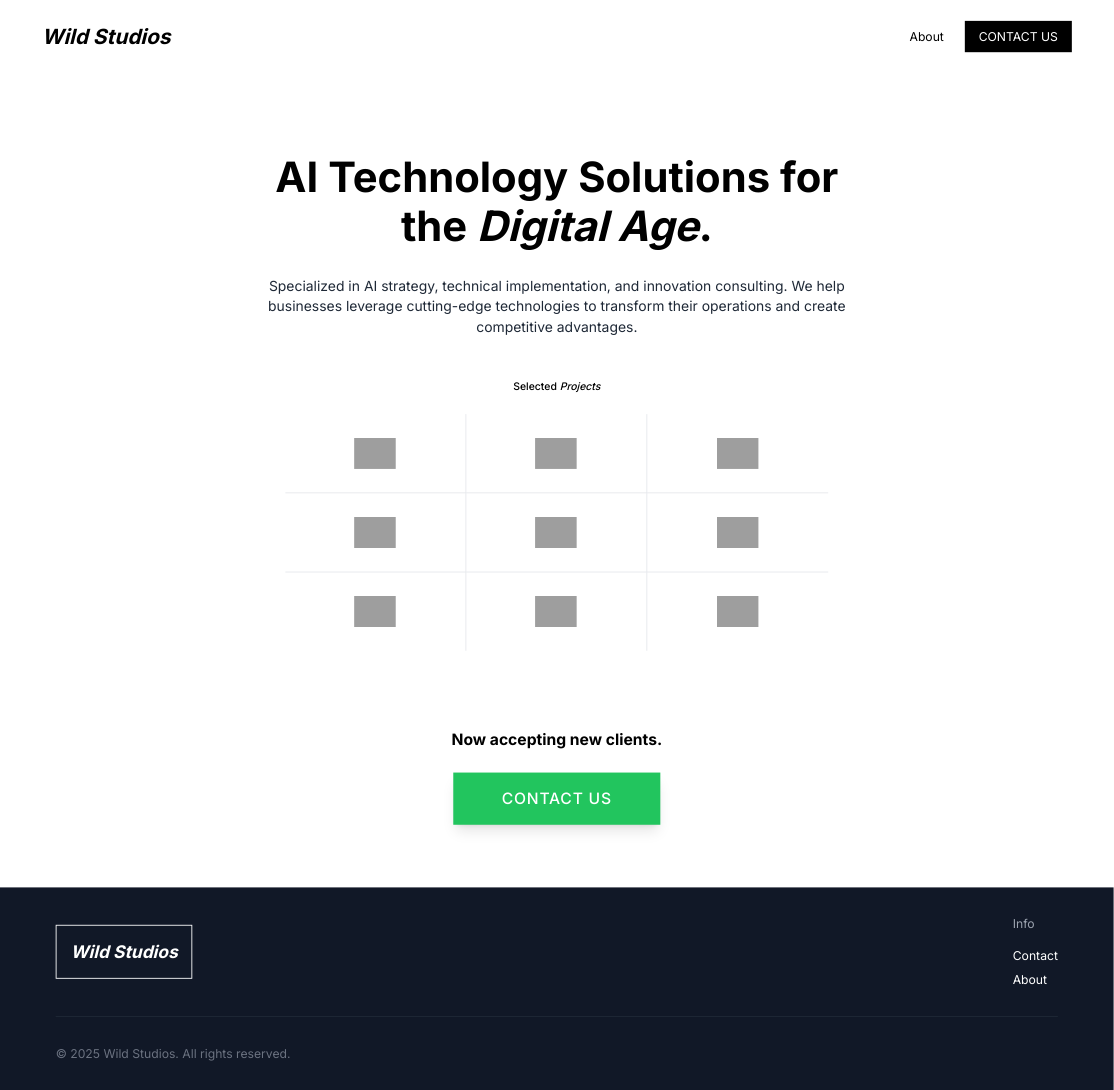
Repository: wpulier/wildstudio
Page: /
These files come from the project's save history. The page is drawn as it stood at one moment and after the next save; the edit follows.
The browser window is 1280 px wide. The pictures show the whole page, at 87% of full size.
Pictures or frames that could not be fetched are drawn as grey boxes. The project was rebuilt for these pictures with package versions that can differ from the ones it lists, and the page was loaded fresh each time. The framework's server and built-in components were replaced by stand-ins that run in the browser. Also part of the build but not shown: next.config.mjs.

Above is the page before, as saved 2025-03-01 13:45:42.

After the next save:
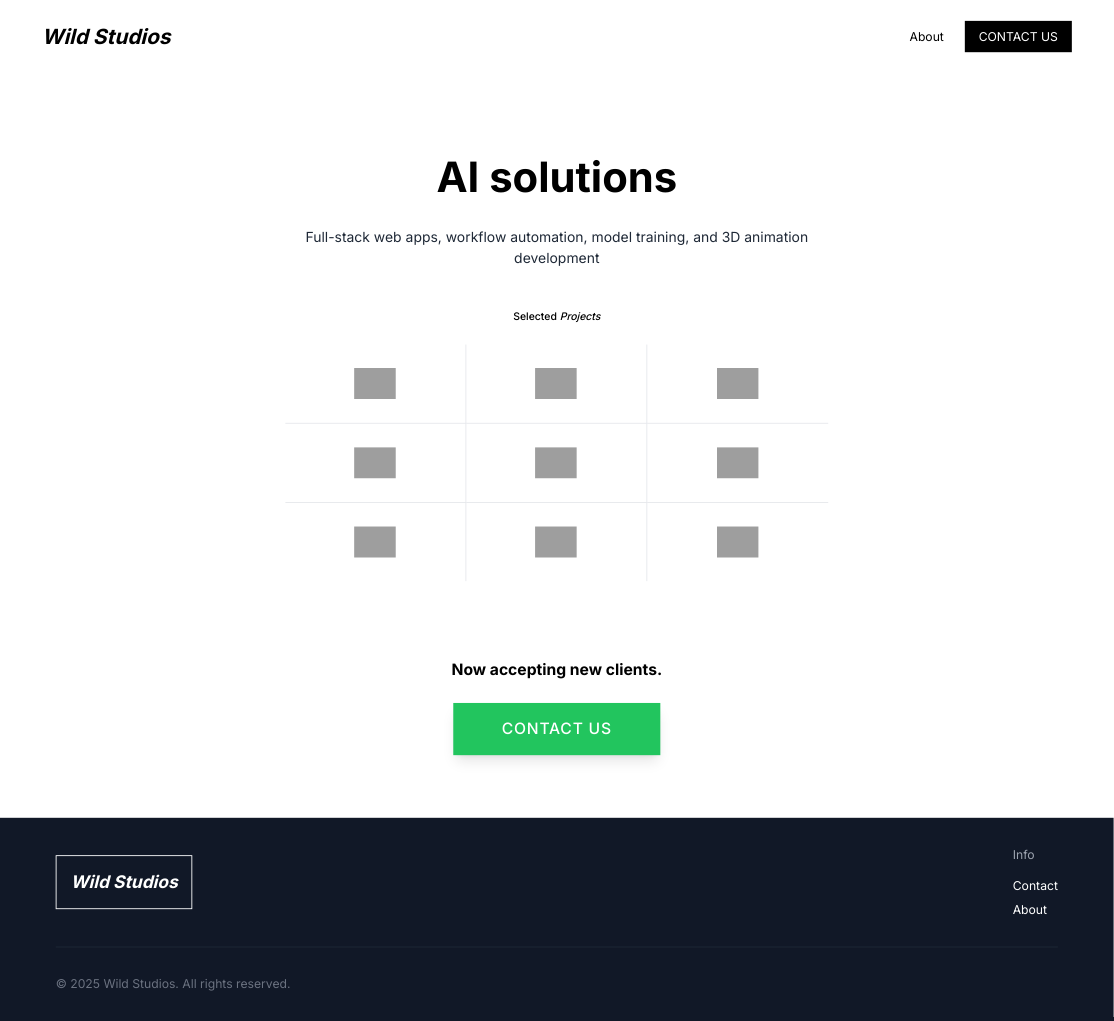
Saved 18 min 23 s later.
--- a/src/app/page.tsx
+++ b/src/app/page.tsx
@@ -7,14 +7,11 @@ export default function Home() {
       {/* Hero Section */}
       <section className="flex flex-col items-center justify-center text-center px-4 mt-12 md:mt-24">
         <h1 className="text-3xl md:text-5xl font-bold max-w-3xl">
-          AI Technology Solutions for
-          <div className="mt-2">the <span className="italic">Digital Age</span>.</div>
+          AI solutions
         </h1>
 
         <p className="mt-6 md:mt-8 max-w-2xl text-center text-sm md:text-base text-gray-800">
-          Specialized in AI strategy, technical implementation, and innovation consulting.
-          We help businesses leverage cutting-edge technologies to transform their operations
-          and create competitive advantages.
+          Full-stack web apps, workflow automation, model training, and 3D animation development
         </p>
       </section>
 
